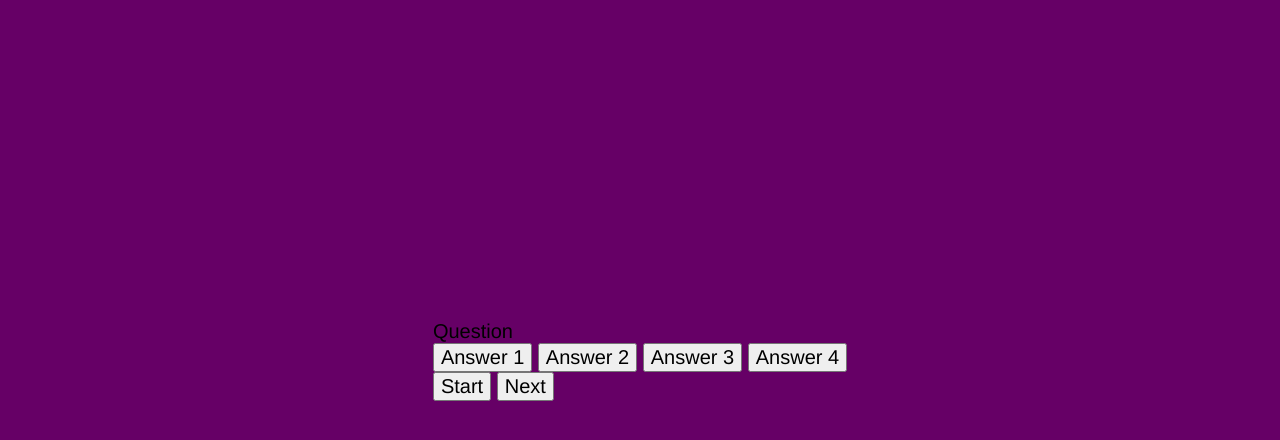
Repository: Vshepard879/Code-Quiz
Page: index.html
The author's editor kept a copy of each file at every save. The page is drawn from the files as they stood at one save, then again after the next save.
The browser window is 1280 px wide. The pictures show the whole page.

Above is the page before, as saved 2022-03-18 01:35:27.

### index.html
<!DOCTYPE html>
<html lang="en">
<head>
    <meta charset="UTF-8">
    <meta http-equiv="X-UA-Compatible" content="IE=edge">
    <meta name="viewport" content="width=device-width, initial-scale=1.0">
    <link href="./assets/css/style.css" link rel="stylesheet">
    <script defer src="./assets/js/script.js"></script>
    <title>Quiz App</title>
</head>
<body>
    <div class="container">
        <div id="question-container" class="hide">
            <div id="question-container" class="hide">
                <div id="question">Question</div>
                <div id="answer-buttons" class="btn-grid"></div>
                <button class="btn">Answer 1</button>
                <button class="btn">Answer 2</button>
                <button class="btn">Answer 3</button>
                <button class="btn">Answer 4</button>
            </div>
        </div>
        <div class="controls">
            <button id="start-btn" class="start-btn btn">Start</button>
            <button id="next-btn" class="next-btn btn hide">Next</button>
        </div>
    </div>
</body>
</html>

### assets/css/style.css
*, *::before, *::after {
    box-sizing: border-box;
    font-family: 'Franklin Gothic Medium', 'Arial Narrow', Arial, sans-serif;
    font-size: 20px;
}

:root {
    --hue-neutral: 300;
    --hue-wrong: 0;
    --hue-correct: 145;
}

body {
    --hue: var(--hue-neutral);
    padding: 0;
    margin: 0;
    display: flex;
    width: 100vw;
    height: 100vh;
    justify-content:center;
    align-items:center;
    background-color:hsl(var(--hue), 100%, 20%);
}

Loaded but not shown: assets/js/script.js (no stored copy; drawn as an empty file)

After the next save:
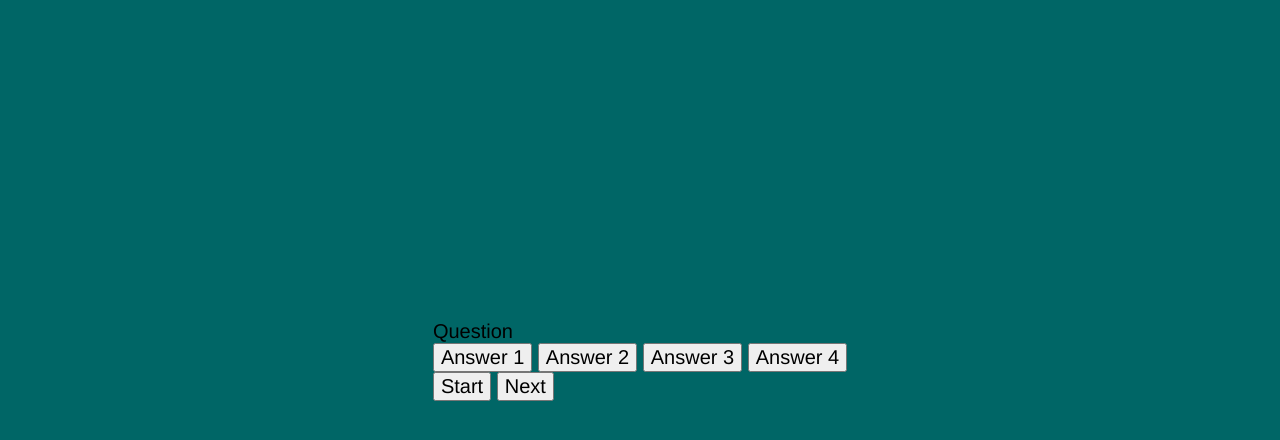
Saved 11 s later.
--- a/assets/css/style.css
+++ b/assets/css/style.css
@@ -5,7 +5,7 @@
 }
 
 :root {
-    --hue-neutral: 300;
+    --hue-neutral: 180;
     --hue-wrong: 0;
     --hue-correct: 145;
 }
